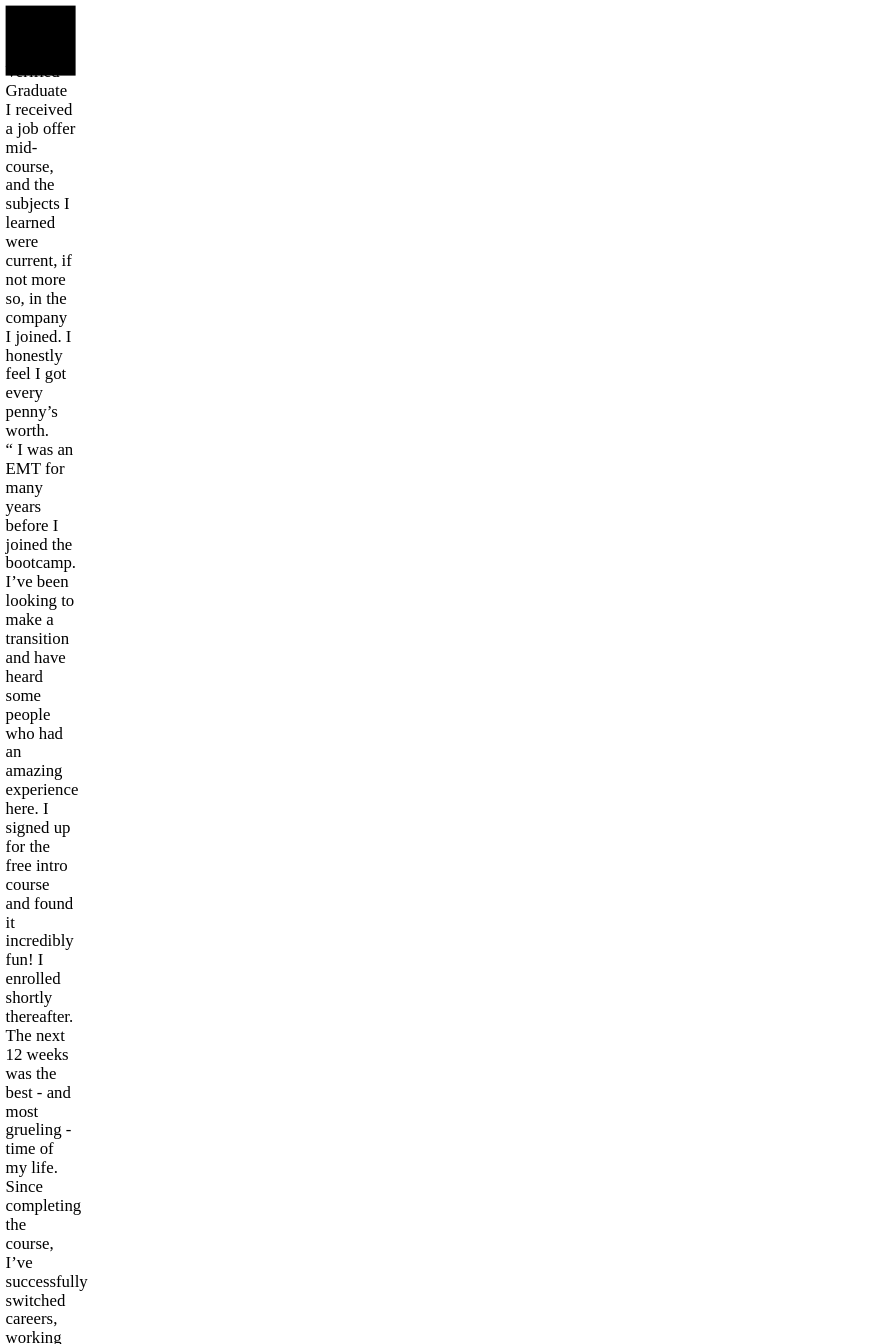
Repository: nptg3105/lab02-testimonials-grid
Page: index.html
These files come from the project's save history. The page is drawn as it stood at one moment and after the next save; the edit follows.
The browser window is 1280 px wide. The pictures show the part of the page from y = 0 to 1920 px (the page is 7865 px tall before and 1042 px after), at 70% of full size.
The style sheet was rebuilt from its Sass, Less or Tailwind sources for each picture, by a compiler version that may differ from the author's.

Above is the page before, as saved 2021-12-08 05:14:51.

After the next save:
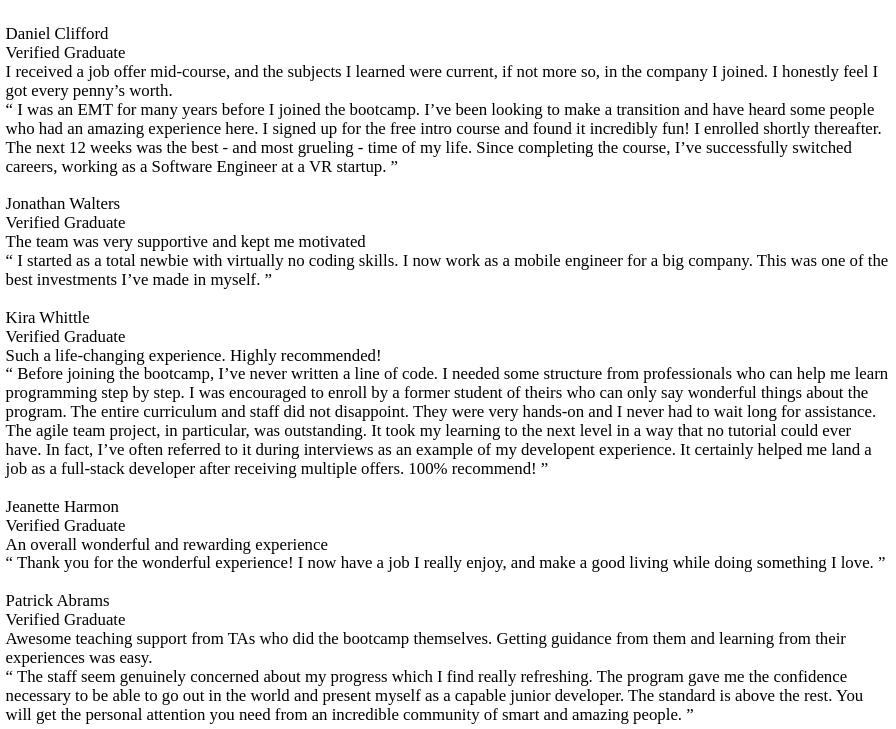
Saved 8 s later.
--- a/style.scss
+++ b/style.scss
@@ -1,9 +1,3 @@
 body {
     font-size: 24px;
 }
-
-.testimonials {
-    background-color: #000;
-    width: 100px;
-    height: 100px;
-}
